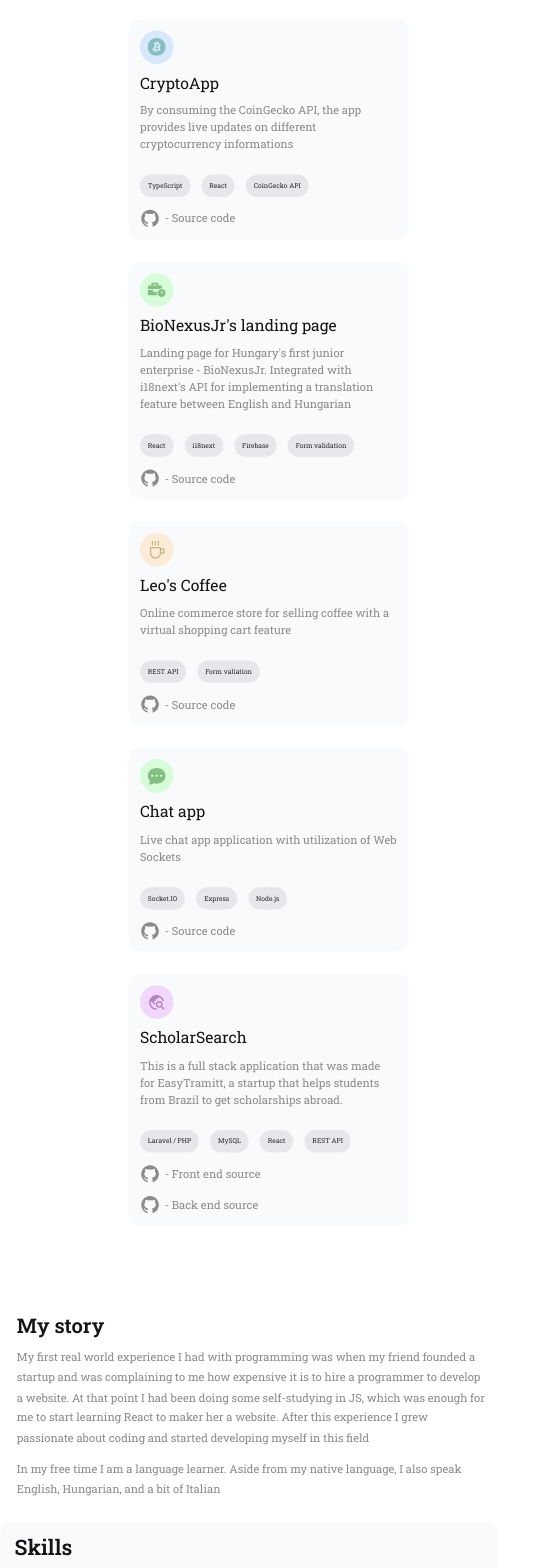
Repository: Leoka2000/portfolio-final
Page: /
These files come from the project's save history. The page is drawn as it stood at one moment and after the next save; the edit follows.
The browser window is 768 px wide. The pictures show the part of the page from y = 588 to 2828 px (the page is 3826 px tall before and 3842 px after), at 70% of full size.
The page's requests for data from a server got no answer. Some web fonts or font styles are not loaded; a fallback is used. The project was rebuilt for these pictures with package versions that can differ from the ones it lists, and the page was loaded fresh each time. No one was signed in, and anything a server would have sent is missing. Also part of the build but not shown: src/App.css. Imported but missing from the stored project, and not drawn on this page: src/assets/LeoCV.pdf, src/assets/ScholarSearch.mp4.

Above is the page before, as saved 2023-05-11 19:57:43.

After the next save:
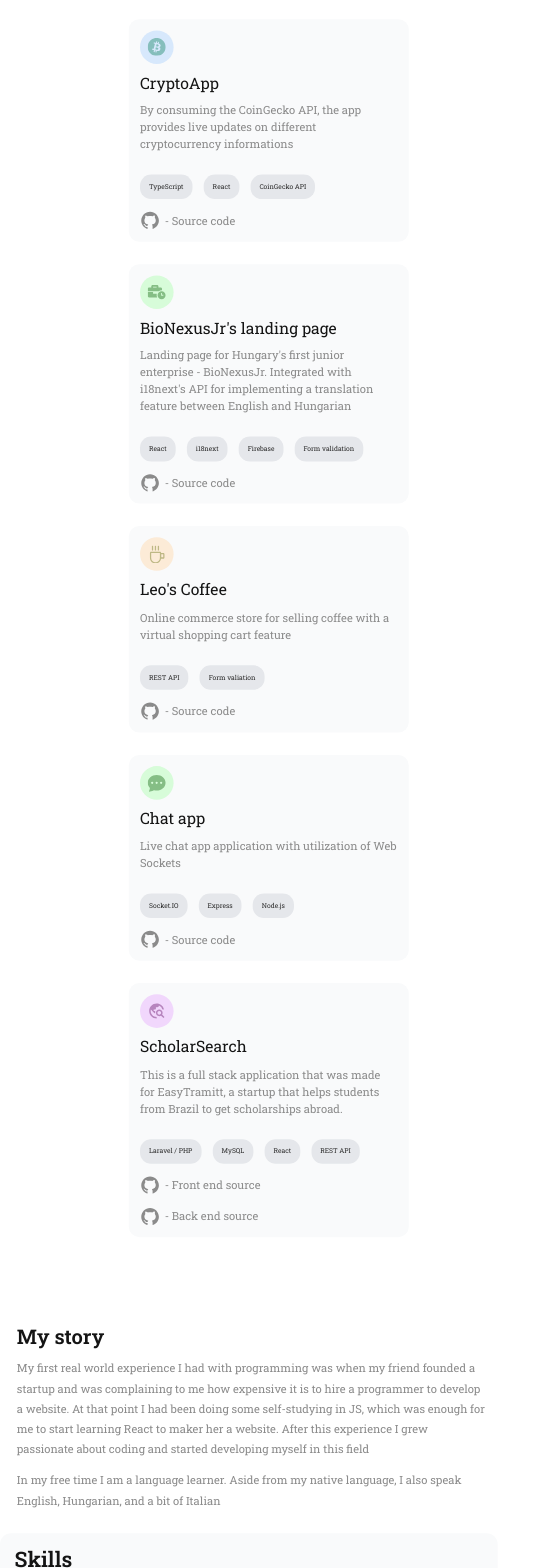
Saved 4 s later.
--- a/src/pages/main/work/work.css
+++ b/src/pages/main/work/work.css
@@ -176,7 +176,7 @@ text-decoration: none;
     .key-wrapper > span {
         margin-top: 1rem;
         text-align: center;
-        padding: 0.7rem;
+        padding: 0.8rem;
         border-radius: 16px;
         width: auto;
         display: block;
